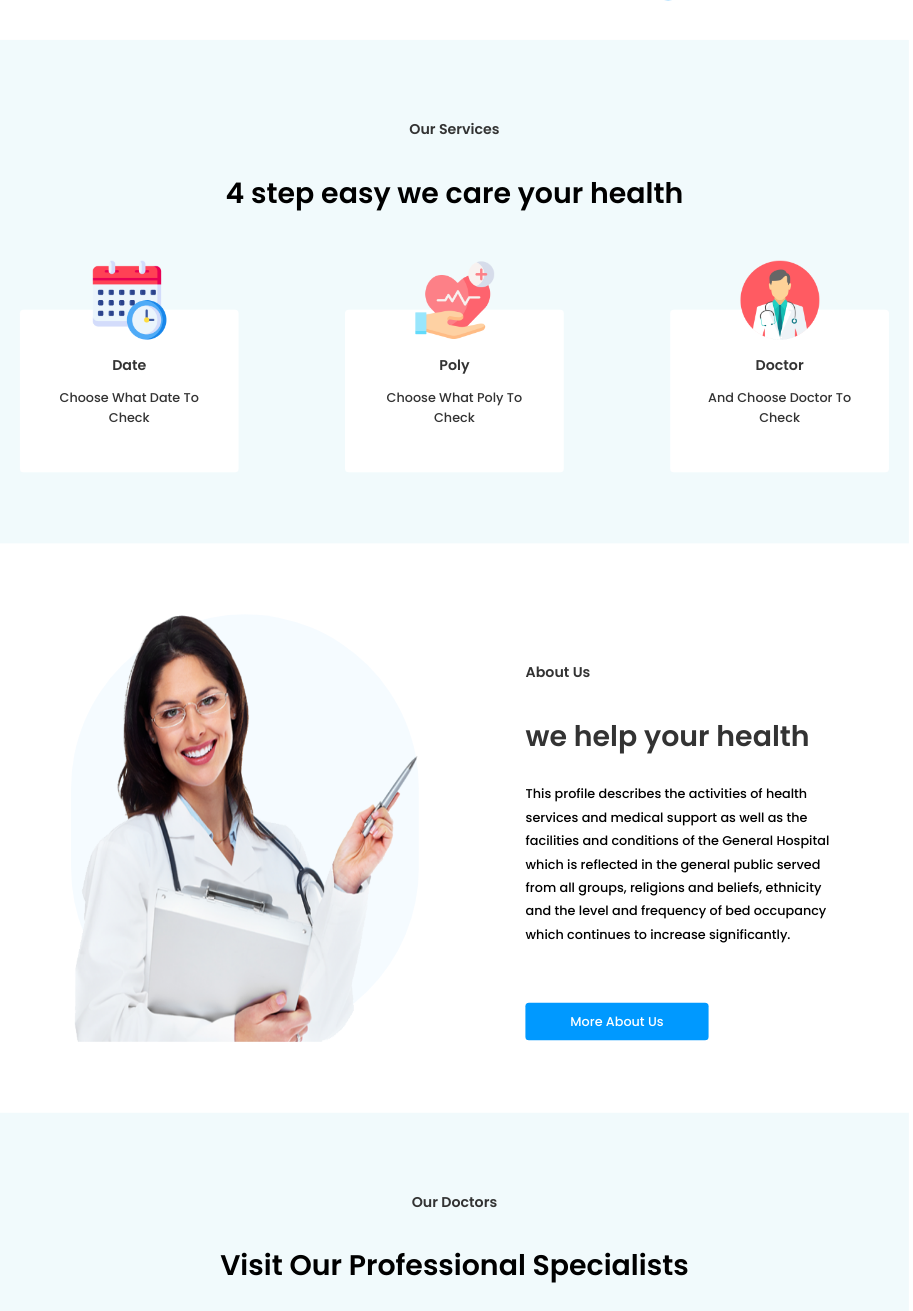
Repository: Chadi2000/hospital-app
Page: /
These files come from the project's save history. The page is drawn as it stood at one moment and after the next save; the edit follows.
The browser window is 1280 px wide. The page is 1286 px wide, so the pictures cover 1286 px, including what lies to the right of the window. The pictures show the part of the page from y = 751 to 2598 px (the page is 3043 px tall before and 3175 px after), at 71% of full size.
Pictures or frames that could not be fetched are drawn as grey boxes. The project was rebuilt for these pictures with package versions that can differ from the ones it lists, and the page was loaded fresh each time. Also part of the build but not shown: vite.config.js, src/App.css.

Above is the page before, as saved 2024-08-04 18:39:16.

### src/App.jsx
import './App.css'
import AboutUs from './components/AboutUs'
import Header from './components/Header'
import Navbar from './components/Navbar'
import OurDoctors from './components/OurDoctors'
import Services from './components/Services'

function App() {

  return (
    <div className='flex flex-col'>
      <Navbar />
      <Header />
      <Services />
      <AboutUs />
      <OurDoctors />
    </div>
  )
}

export default App

### src/index.css
@import url('https://fonts.googleapis.com/css2?family=Poppins:ital,wght@0,100;0,200;0,300;0,400;0,500;0,600;0,700;0,800;0,900;1,100;1,200;1,300;1,400;1,500;1,600;1,700;1,800;1,900&display=swap');

@tailwind base;
@tailwind components;
@tailwind utilities;

body{
  font-family: "Poppins", sans-serif;;
}

### src/components/AboutUs.jsx
import { Doctora } from "../assets"

const AboutUs = () => {
  return (
    <div className='flex gap-[150px] px-[100px] py-[100px]'>

      <div className='bg-aboutus w-[602px] h-[602px] rounded-[316px] relative'>
        <img src={Doctora} alt="" className='h-[602px]' />
      </div>

      <div className='flex flex-col items-start gap-10 pt-14 w-[50%]'>
        <h6 className='font-semibold text-[20px] leading-[50px] text-title'>About Us</h6>
        <h3 className='font-semibold text-[40px] leading-[50px] text-title'>we help your health</h3>
        <p className='font-medium text-[18px] leading-[33.03px] tracking-[3%]'>This profile describes the activities of health services and medical support as well as the facilities and conditions of the General Hospital which is reflected in the general public served from all groups, religions and beliefs, ethnicity and the level and frequency of bed occupancy which continues to increase significantly.</p>

        <div className='flex items-center justify-center mt-[40px] py-[13px] px-[63px] rounded-[5px] bg-btn text-white font-medium text-[18px] leading-[27px] cursor-pointer'>
            More About Us
        </div>

      </div>



    </div>
  )
}

export default AboutUs

### src/components/Header.jsx
import Doctor from '../assets/doctor1.png'

const Header = () => {
  return (
    <div className='flex px-[80px] mt-[50px] gap-[100px]'>

      <div className='flex flex-col justify-start gap-10 pt-[200px] w-1/2'>
        <h1 className='text-[56px] font-bold leading-[61px] text-title'>we care about your health</h1>
        <p className='text-[20px] font-medium leading-[31.2px] text-txt'>check now your healty with our profesional doctor, completed and modern fasilities services</p>
        <button style={{color:'white'}} className='w-[200px] h-[54px] rounded-[5px] bg-btn font-medium text-[18px]
        leading-[27px]'>
            Check Now
        </button>
      </div>


      <div className='relative flex justify-center bg-btn h-[577.1px] w-[577.1px] rounded-full'>

        <img src={Doctor} alt="doctor" className='absolute h-[691.55px] w-full rounded-full bottom-0' />

      </div>


    </div>
  )
}

export default Header

### src/components/Navbar.jsx

const Navbar = () => {
  return (
    <div className="flex justify-between py-[35px] px-[80px] ">

      <div className="flex text-[20px] font-bold leading-[30px] cursor-pointer">
        <div className="text-btn">Hos</div>
        <div className="text-black">pital.</div>
      </div>

        <ul className="flex gap-[35px] justify-between font-medium text-[18px] leading-[27px]">
            <li className="cursor-pointer">About</li>
            <li className="cursor-pointer">Home</li>
            <li className="cursor-pointer">Service</li>
        </ul>


      <div className="flex justify-center items-center w-[200px] h-[54px] text-btn border-btn border-[2px] cursor-pointer rounded-[5px]
      font-medium  text-[18px] leading-[27px]">
        Login
      </div>

    </div>
  )
}

export default Navbar

### src/components/OurDoctors.jsx
import DoctorBox from "./DoctorBox"
import { doctors } from "../data"


const OurDoctors = () => {
  return (
    <div className='flex flex-col items-center bg-services gap-[40px]'>
      <h6 className='text-title font-semibold text-[20px] leading-[50px] tracking-[5%] pt-[100px]' >Our Doctors</h6>
      <h3 className='capitalize text-[40px] leading-[50px] font-semibold tracking-[5%] text-center'>visit our professional specialists</h3>
      <div className="flex gap-5">
        {doctors.map((doctor,index) =>(
            <DoctorBox key={index} img={doctor.img} name={doctor.name} major={doctor.major} />
        ))}
      </div>
    </div>
  )
}

export default OurDoctors

### src/components/Services.jsx
import ServicesCard from './ServicesCard'
import { services } from '../data'

const Services = () => {
  return (
    <div className='bg-services mt-14 flex flex-col gap-10 items-center py-[100px] '>

      <h6 className='text-title font-semibold text-[20px] leading-[50px]'>Our Services</h6>

      <h3 className='font-semibold text-[40px] leading-[50px]'>4 step easy we care your health</h3>

      <div className='flex justify-between flex-wrap gap-[150px] mt-[100px]'>
        {services.map((service,index) =>(
            <ServicesCard key={index} text={service.text} title={service.title} img={service.img} />
        ))}
      </div>

    </div>
  )
}

export default Services

### src/assets/index.js
import Schedule from './schedule.png'
import HealthCare from './healthcare.png'
import Man1 from './man1.jpeg'
import Man2 from './man2.jpeg'
import Man3 from './man3.jpeg'
import Doctor from '../assets/doctor.png'
import Doctor1 from '../assets/doctor1.png'
import Doctora from '../assets/doctora.png'
import Woman1 from '../assets/woman1.jpeg'

export {Schedule, HealthCare, Man1, Man2, Man3, Doctor, Doctor1, Doctora, Woman1}

### src/components/DoctorBox.jsx
import { FaFacebook, FaInstagram, FaLinkedin, FaWhatsapp } from "react-icons/fa"
import PropTypes from 'prop-types';

const DoctorBox = ({img, name, major}) => {
  return (
    <div className="flex flex-col items-center relative w-[308px] h-[377px]">
      <div>
        <img src={img} alt="man1" className='w-[308px] h-[377px] object-cover' />
      </div>
      <div className='absolute  bg-white w-[260px] h-[139px] bottom-[-18%] rounded-[5px] border-[1px] px-5 py-3 flex flex-col justify-between'>
        <div className='flex gap-5'>
            <FaFacebook size={22} color='black' className='cursor-pointer' />
            <FaInstagram  size={22} color='black' className='cursor-pointer' />
            <FaLinkedin  size={22} color='black' className='cursor-pointer' />
            <FaWhatsapp size={22} color='black' className='cursor-pointer' />
        </div>
         <div className='font-bold text-[20px] leading-[26.5px] tracking-[5%] capitalize'>
            {name}
         </div>
         <div className='font-normal text-[16px] leading-[24.5px] tracking-[5%]'>
            {major}
         </div>
      </div>
    </div>
  )
}

DoctorBox.propTypes = {
    img: PropTypes.string.isRequired,
    name: PropTypes.string.isRequired,
    major: PropTypes.string.isRequired,
  };

export default DoctorBox

### src/data.js
import {Schedule,HealthCare, Doctor, Man1, Man2, Woman1, Man3} from '../src/assets/'

export const services = [
    {
        img:Schedule,
        title:'Date',
        text:'Choose What Date To Check'
    },
    {
        img:HealthCare,
        title:'Poly',
        text:'Choose What Poly To Check'
    },
    {
        img: Doctor,
        title:'Doctor',
        text:'And Choose Doctor To Check'
    },
]

export const doctors = [
    {
        img: Man1,
        name:'dr. Moeharman, Sp. THT.KL',
        major:'Orthodontist'
    },
    {
        img:Man2,
        name:'dr. NADYA NAVIRA',
        major:'Pediatric'
    },
    {
        img: Woman1,
        name:'dr. NADYA NAVIRA',
        major:'Dentist'
    },
    {
        img: Man3,
        name:'MUHAMMAD ALI SYAHPUTRA',
        major:'Dentist'
    }
]

### src/components/ServicesCard.jsx

import PropTypes from 'prop-types';

const ServicesCard = ({ img, title, text }) => {
  return (
    <div className='flex flex-col gap-4 items-center justify-center relative bg-white w-[308px] h-[229px] rounded-[5px] px-[40px]'>
      <div className='absolute top-[-30%]'>
        <img src={img} alt="" className='h-[111px]' />
      </div>
      <div className='text-title font-semibold text-[20px] leading-[31.2px]'>
        {title}
      </div>
      <div className='text-title font-medium text-[18px] leading-[28px] text-center'>
        {text}
      </div>
    </div>
  );
};

// Define prop types for the component
ServicesCard.propTypes = {
  img: PropTypes.string.isRequired,
  title: PropTypes.string.isRequired,
  text: PropTypes.string.isRequired,
};

export default ServicesCard;

### tailwind.config.js
/** @type {import('tailwindcss').Config} */
export default {
  content: [
    "./index.html",
    "./src/**/*.{js,ts,jsx,tsx}",
  ],
  theme: {
    extend: {},
    textColor:{
      btn: '#0099FF',
      title:'#333333',
      txt:'#999999',
      white:'#FFFFFF'
    },
    backgroundColor:{
      btn: '#0099FF',
      services:'rgba(215, 241, 246, 0.34)',
      aboutus:'rgba(0, 153, 255, 0.04)',
      white:'#FFFFFF'
    },
    fontFamily:{
      abc:["Poppins","sans-serif"]
    },
    borderColor:{
      btn: '#0099FF',
    }
  },
  plugins: [],
}

Loaded but not shown: index.html (common file); src/main.jsx (common file)

After the next save:
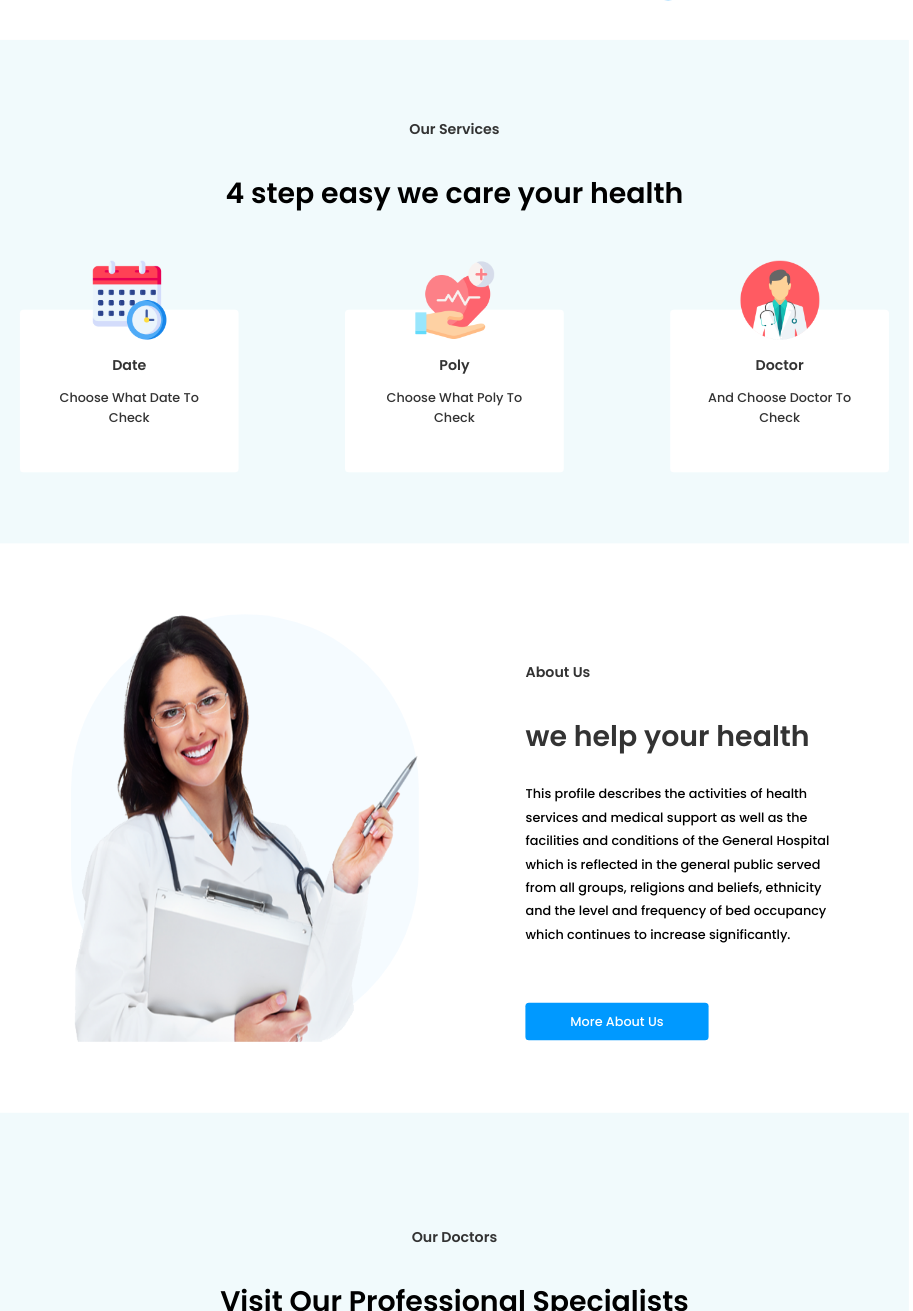
Saved 58 s later.
--- a/src/components/OurDoctors.jsx
+++ b/src/components/OurDoctors.jsx
@@ -4,8 +4,8 @@ import { doctors } from "../data"
 
 const OurDoctors = () => {
   return (
-    <div className='flex flex-col items-center bg-services gap-[40px]'>
-      <h6 className='text-title font-semibold text-[20px] leading-[50px] tracking-[5%] pt-[100px]' >Our Doctors</h6>
+    <div className='flex flex-col items-center bg-services gap-[40px] py-[150px]'>
+      <h6 className='text-title font-semibold text-[20px] leading-[50px] tracking-[5%]' >Our Doctors</h6>
       <h3 className='capitalize text-[40px] leading-[50px] font-semibold tracking-[5%] text-center'>visit our professional specialists</h3>
       <div className="flex gap-5">
         {doctors.map((doctor,index) =>(
